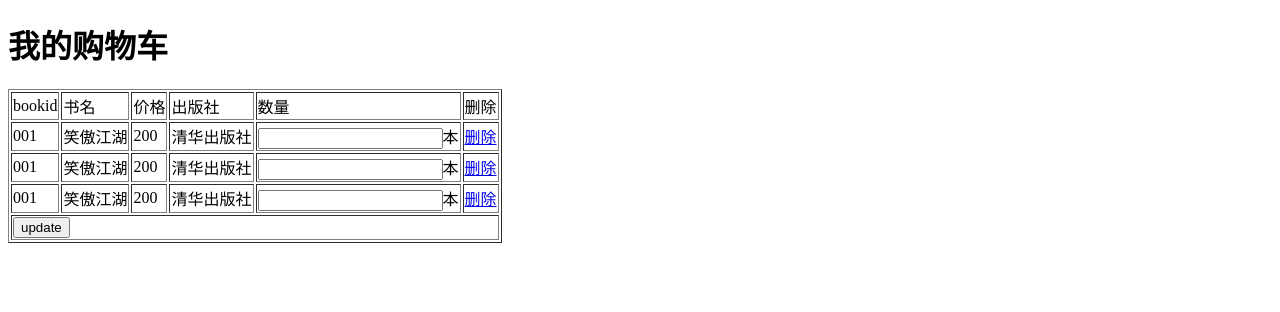
Repository: Elewei/learn-java
Page: http://localhost/shopcart/WEB-INF/showcart.jsp
An editor plug-in stored every save of this project. The page is shown before and after a run of saves, followed by the edit.
The browser window is 1280 px wide. The pictures show the whole page.
The page is served by Tomcat 9. Nobody is signed in. Other server files are loaded and not shown. The template is opened directly, without the code that normally fills it, so the values that code supplies are empty.

Above is the page before, as saved 2016-12-02 13:39:54.

### shopcart-system/shopcart/WebContent/WEB-INF/showcart.jsp
<%@ page language="java" contentType="text/html; charset=UTF-8"
    pageEncoding="UTF-8"%>
<!DOCTYPE html PUBLIC "-//W3C//DTD HTML 4.01 Transitional//EN" "http://www.w3.org/TR/html4/loose.dtd">
<html>
<head>
<meta http-equiv="Content-Type" content="text/html; charset=UTF-8">
<title>Insert title here</title>
</head>
<body>
	<h1>我的购物车</h1>
	<form action="" method="" >
		<table border="1">
			<tr><td>bookid</td><td>书名</td><td>价格</td><td>出版社</td><td>数量</td><td>删除</td></tr>
			<tr><td>001</td><td>笑傲江湖</td><td>200</td><td>清华出版社</td><td><input type="text" name="bookNum" />本</td><td><a href="#" >删除</td></tr>
			<tr><td>001</td><td>笑傲江湖</td><td>200</td><td>清华出版社</td><td><input type="text" name="bookNum" />本</td><td><a href="#" >删除</td></tr>
			<tr><td>001</td><td>笑傲江湖</td><td>200</td><td>清华出版社</td><td><input type="text" name="bookNum" />本</td><td><a href="#" >删除</td></tr>
			<tr><td colspan="6" ><input type="submit" value="update" /></td></tr>

		</table>
	</form>
</body>
</html>

After the next 2 saves:
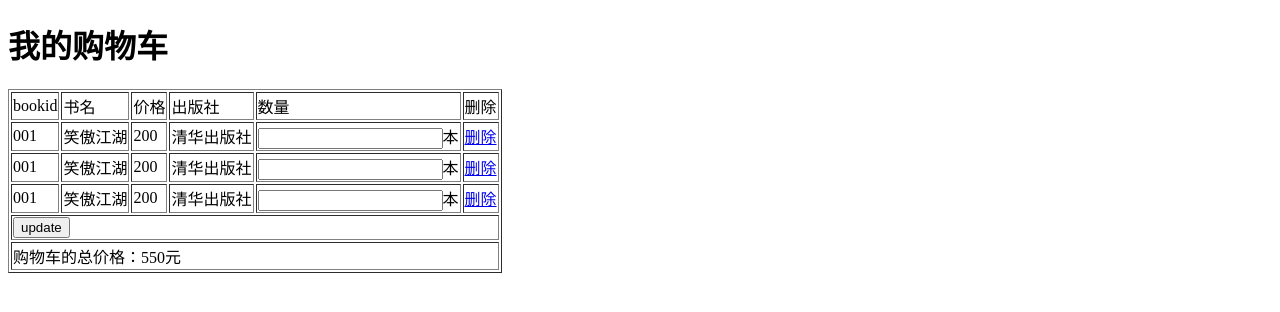
The 2 saves are shown as one change because they came seconds apart.
The last was saved 54 s later.
--- a/shopcart-system/shopcart/WebContent/WEB-INF/showcart.jsp
+++ b/shopcart-system/shopcart/WebContent/WEB-INF/showcart.jsp
@@ -15,7 +15,7 @@
 			<tr><td>001</td><td>笑傲江湖</td><td>200</td><td>清华出版社</td><td><input type="text" name="bookNum" />本</td><td><a href="#" >删除</td></tr>
 			<tr><td>001</td><td>笑傲江湖</td><td>200</td><td>清华出版社</td><td><input type="text" name="bookNum" />本</td><td><a href="#" >删除</td></tr>
 			<tr><td colspan="6" ><input type="submit" value="update" /></td></tr>
-
+			<tr><td colspan="6" >购物车的总价格：550元</td></tr>
 		</table>
 	</form>
 </body>
